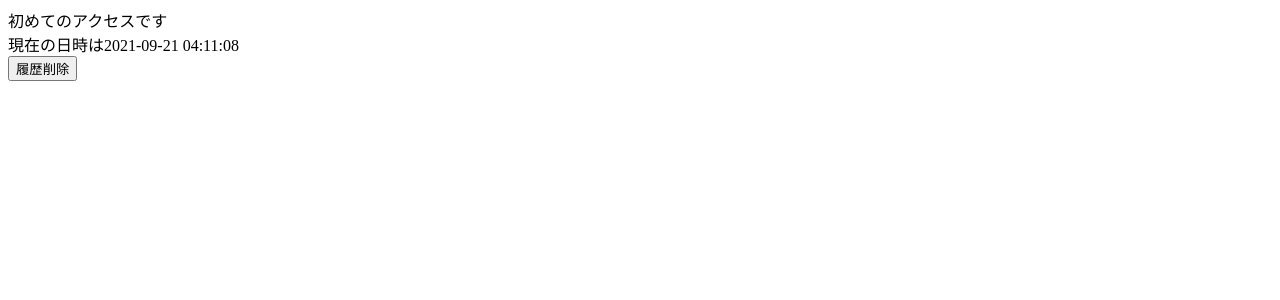
Repository: tppei/PHP
Page: http://localhost/htdocs/php24/cookie.php
The author's editor kept a record of every edit. The page is drawn from the files as they stood at one moment, then again after the next edit.
The browser window is 1280 px wide. The pictures show the whole page.
The page is run by PHP 8.4 with error messages shown; the project is at /var/www/html/.

Above is the page before.

After the next edit:
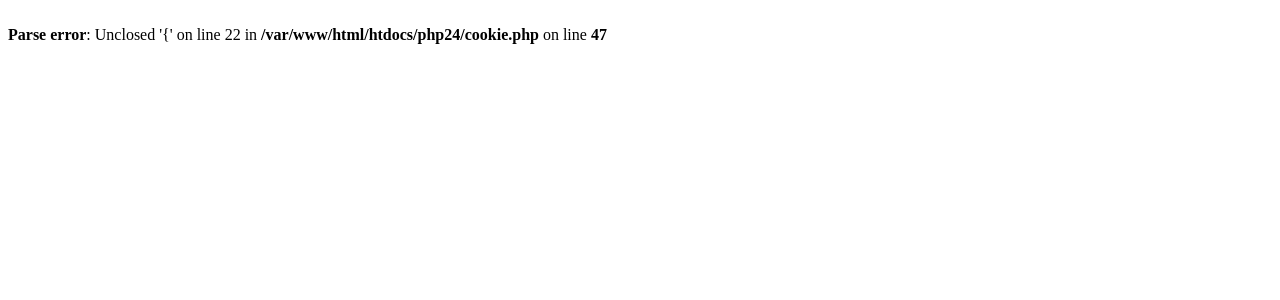
The edit:
--- a/htdocs/php24/cookie.php
+++ b/htdocs/php24/cookie.php
@@ -26,7 +26,7 @@
     if(isset($_POST['delete'])){
         setcookie('visit_count','',$now - 3600);
         setcookie('visit_history','',$now - 3600);
-    }
+    }else{
     setcookie('visit_count', $count);
     setcookie('visit_history', $now_date); //←追加
     print("訪問回数は" . $count . "回<br>");

After the edit that followed:
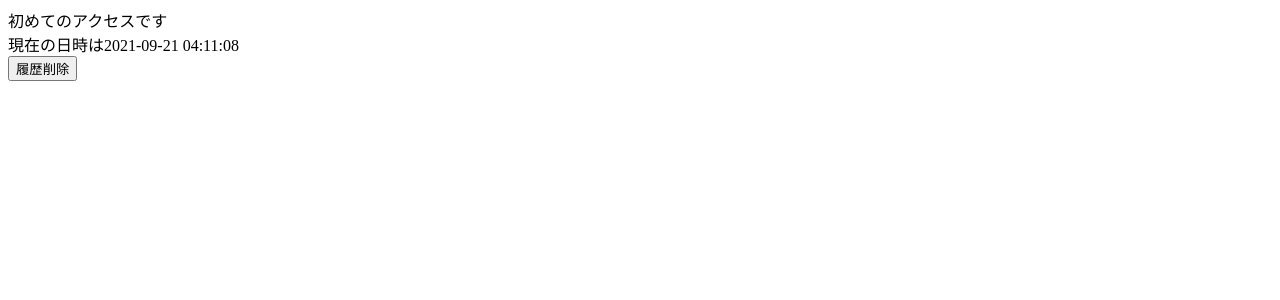
The edit:
--- a/htdocs/php24/cookie.php
+++ b/htdocs/php24/cookie.php
@@ -26,9 +26,12 @@
     if(isset($_POST['delete'])){
         setcookie('visit_count','',$now - 3600);
         setcookie('visit_history','',$now - 3600);
+        $count = $_COOKIE['visit_count'];
+        $visit_history = $_COOKIE['visit_history'];
     }else{
-    setcookie('visit_count', $count);
-    setcookie('visit_history', $now_date); //←追加
+        setcookie('visit_count', $count);
+        setcookie('visit_history', $now_date); //←追加
+    }
     print("訪問回数は" . $count . "回<br>");
     print("現在の日時は" . $now_date . "<br>");
     print("前回のアクセス日時は" . $visit_history . "<br>");
